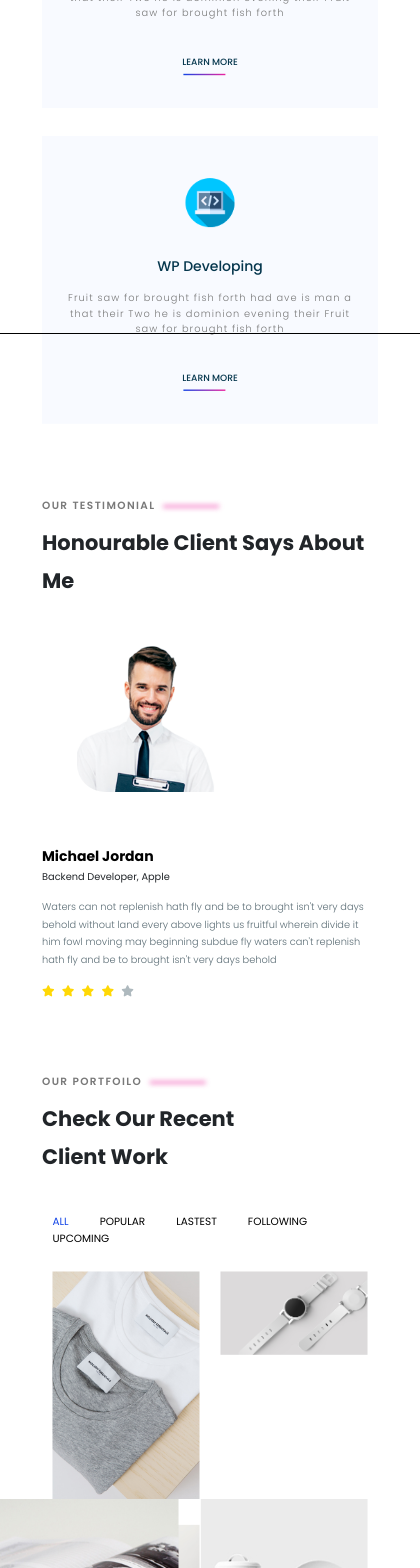
Repository: whoami2991/Sardorbek-Portfolio---Home
Page: index.html
An editor plug-in stored every save of this project. The page is shown before and after the next save, followed by the edit.
The browser window is 600 px wide. The pictures show the part of the page from y = 2429 to 4669 px (the page is 7527 px tall), at 70% of full size.

Above is the page before, as saved 2024-08-03 22:00:12.

After the next save:
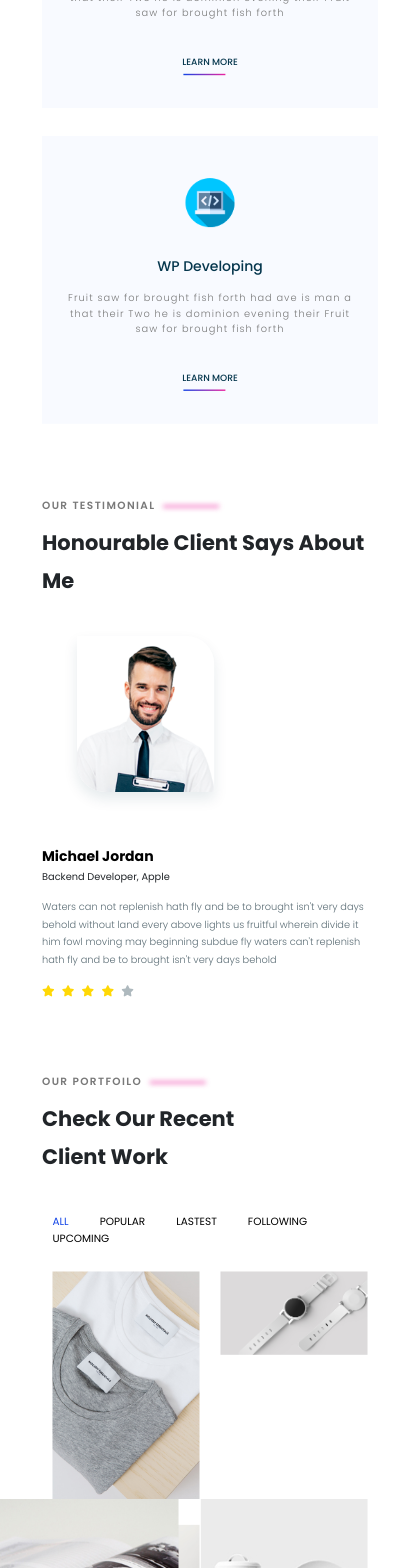
Saved 62 s later.
--- a/styles.css
+++ b/styles.css
@@ -488,6 +488,7 @@
     }
     .client-item_image .client-img{
         margin: 50px;
+        box-shadow: 0px 10px 20px rgb(5 54 77 / 10%);
     }
     .client-item_info{
         margin-top: 0;
